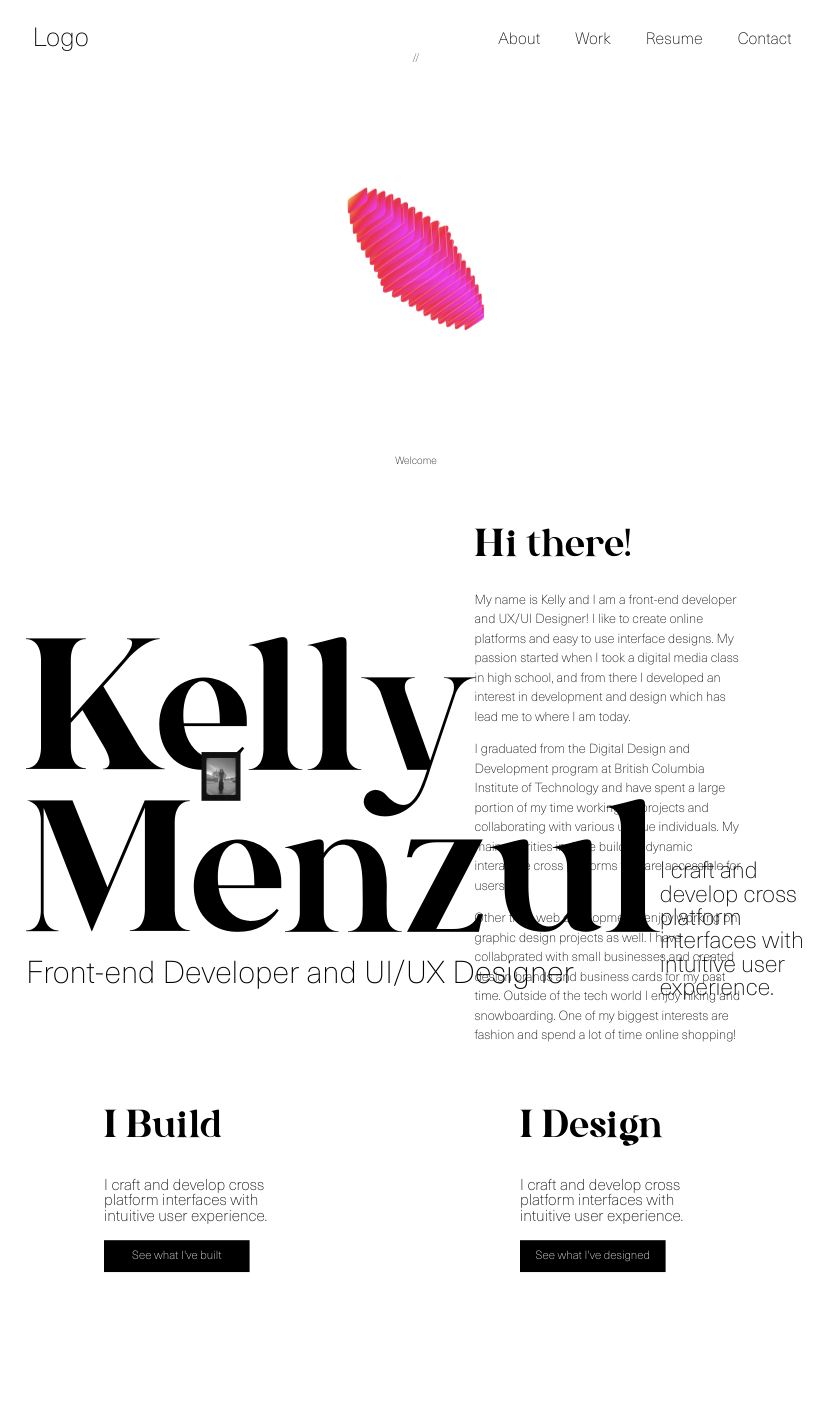
Repository: KellyMenzul/Kelly-Menzul
Page: /
The author's editor kept a copy of each file at every save. The page is drawn from the files as they stood at one save, then again after the next save.
The browser window is 1280 px wide. The pictures show the whole page, at 65% of full size.
The project was rebuilt for these pictures with package versions that can differ from the ones it lists, and the page was loaded fresh each time. The framework's server and built-in components were replaced by stand-ins that run in the browser. Also part of the build but not shown: next.config.js.

Above is the page before, as saved 2022-01-20 15:03:51.

### pages/_document.js
import Document from 'next/document';
import { ServerStyleSheet } from 'styled-components';

export default class MyDocument extends Document {
 static async getInitialProps(ctx) {
   const sheet = new ServerStyleSheet();
   const originalRenderPage = ctx.renderPage;

   try {
     ctx.renderPage = () =>
       originalRenderPage({
         enhanceApp: (App) => (props) =>
           sheet.collectStyles(<App {...props} />),
       });

     const initialProps = await Document.getInitialProps(ctx);
     return {
       ...initialProps,
       styles: (
         <>
           {initialProps.styles}
           {sheet.getStyleElement()}
         </>
       ),
     };
   } finally {
     sheet.seal();
   }
 }
}

### pages/index.js
import Image from 'next/image'
import styled from 'styled-components'
import MenuBar from '../comps/MenuBar'
import Name from '../comps/Name'
import Position from '../comps/Position'
import Intro from '../comps/Intro'
import Head from '../comps/Head'
import Work from '../comps/Work'
import { useState, useEffect } from "react";
import Load from '../comps/Load'


const Holder = styled.div`
display:flex;
flex-direction:column;
width:100%;
flex-wrap:wrap;
`
const MenuHolder = styled.div`
display:flex;
flex-direction:column;
width:100%;
position:fixed;
`
const LandingHolder = styled.div`
display:flex;
width:100%;
height:100vh;
padding:40px;
flex-wrap:wrap;
`
const LandingHolderLeft = styled.div`
display:flex;
width:100%;
flex:2;
flex-direction:column;
justify-content:flex-end;
`

const LandingHolderRight = styled.div`
display:flex;
flex:1;
align-items:flex-end;
justify-content:flex-end;
`

const NameHolder = styled.div``

const IntroHolder = styled.div`
display:flex;
`
// About

const AboutHolder = styled.div`
display:flex;
flex-direction:row;
width:100%;
height:100vh;
padding:40px;
flex-wrap:wrap;
`

const  AboutHolderLeft = styled.div`
flex:1;
display:flex;
flex-direction:column;
justify-content:center;
align-items:center;
`

const  AboutHolderRight = styled.div`
display:flex;
flex-direction:column;
align-items:center;
justify-content:center;
flex:1;
`
const AboutMeHolder = styled.div`
display:flex;
flex-direction:column;
width:70%;
`

// work

const WorkHolder = styled.div `
display:flex;
flex-direction:row;
width:100%;
height:100vh;
flex-wrap:wrap;
`
const  WorkHolderLeft = styled.div`
display:flex;
align-items:center;
justify-content:center;
flex:1;
`

const  WorkHolderRight = styled.div`
flex:1;
display:flex;
align-items:center;
justify-content:center;
`

const LoadHolder = styled.div`
display:flex;
flex-direction:column;
width:100%;
height:100vh;
justify-content:center;
align-items:center;
`
const TextHolder  =styled.div``

const HeroImage = styled.img`
width:10%;
`

export default function Home() {
  // const [setup1, setSetup1] =  useState(false)

  // if (setup1 === false) {
  //   setTimeout(() => {
  //     setSetup1(true)
  //   },5000)

  //   return <LoadHolder>
  //     <Load/>
  //     <TextHolder>Welcome</TextHolder>
  //   </LoadHolder>
  // }

  return (
    <Holder>
      <MenuHolder>
        <MenuBar />
      </MenuHolder>


      <LandingHolder id='landing'>
      <LoadHolder>
  //     <Load/>
       <TextHolder>Welcome</TextHolder>
      </LoadHolder>

        <LandingHolderLeft>
          <NameHolder>
            <Name/>
            <Position topmargin='-160px'/>
          </NameHolder>
        </LandingHolderLeft>

        <LandingHolderRight>
          <IntroHolder>
           <Intro/>
          </IntroHolder>
        </LandingHolderRight>
      </LandingHolder>

      <AboutHolder id='about'>
        <AboutHolderLeft>
          <HeroImage width="70%" src='/me.png'/>
        </AboutHolderLeft>
        <AboutHolderRight>
            <AboutMeHolder>
              <Head text='Hi there!'/>
              <Position fontsize='20px' text='My name is Kelly and I am a front-end developer and UX/UI Designer! I like to create online platforms and easy to use interface designs. My passion started when I took a digital media class in high school, and from there I developed an interest in development and design which has lead me to where I am today.'/>
              <Position fontsize='20px' text='I graduated from the Digital Design and Development program at British Columbia Institute of Technology and have spent a large portion of my time working on projects and collaborating with various unique individuals. My main priorities include building dynamic interactive cross platforms that are accessible for users.'/>
              <Position fontsize='20px' text='Other than web development I enjoy working on graphic design projects as well. I have collaborated with small businesses and created design brands and business cards for my past time. Outside of the tech world I enjoy hiking and snowboarding. One of my biggest interests are fashion and spend a lot of time online shopping!'/>
            </AboutMeHolder>
        </AboutHolderRight>
      </AboutHolder>

      <WorkHolder id='work'>
        <WorkHolderLeft>
          <Work routeTo='/development' buttontext="See what I've built" text='I craft and develop cross platform interfaces with intuitive user experience.' headerhere='I Build'/>
        </WorkHolderLeft>
        <WorkHolderRight>
          <Work routeTo='/design' buttontext="See what I've designed" text='I craft and develop cross platform interfaces with intuitive user experience.' headerhere='I Design'/>
        </WorkHolderRight>
      </WorkHolder>



    </Holder>
  )
}

### styles/globals.css
@font-face {
  font-family: "textbold";
  src: url(../public/fonts/NeueHaasUnica/NeueHaasUnica-Bold.ttf);
  font-display: swap;
}

@font-face {
  font-family: "textlight";
  src: url(../public/fonts/NeueHaasUnica/NeueHaasUnica-ExtraLight.ttf);
  font-display: swap;
}

@font-face {
  font-family: "heading";
  src: url(../public/fonts/GishellaMorely/Gishella\ Morely.ttf);
  font-display: swap;
}

html,
body {
  padding: 0;
  margin: 0;
  font-family: "textlight";
  scroll-behavior: smooth;
}


a {
  color: inherit;
  text-decoration: none;
}

* {
  box-sizing: border-box;
}

### comps/MenuBar/index.js
import styled from "styled-components";
import React from "react";
import Link from "next/link";

const Holder = styled.div `
display:flex;
align-items:center;
justify-content:center;
width:100%;
background: rgb(255,255,255);
background: linear-gradient(180deg, rgba(255,255,255,1) 0%, rgba(148,187,233,0) 100%);
`
const LogoHolder = styled.div `
margin-left:50px;
`

const Left = styled.div`
flex:1;
`

const Right = styled.div`
flex:1;
display:flex;
justify-content:flex-end;
`

const MenuButtonHolder = styled.div`
display:flex;
flex-firection:row;
width:100%;
justify-content:flex-end;
gap:30px;
margin-right:50px;
`

const MenuButton = styled.button`
border-style:none;
background-color:${props=>props.bgcolor};
font-family:"textlight";
font-size:25px;
color:black;
padding:12px;

&:hover {
    text-decoration:underline;
}
`

const Logo = styled.p`
font-size:40px;
`


const MenuBar = ({
    onButtonPress=()=>{},
    bgcolor="transparent",
}) => {

    return <Holder>
        <Left>
            <Link href="#landing">
            <LogoHolder>
                <Logo>Logo</Logo>
            </LogoHolder>
            </Link>
        </Left>
        <Right>
            <MenuButtonHolder>
                <Link href="#about">
                    <MenuButton bgcolor={bgcolor} onClick={()=>{onButtonPress()}}>About</MenuButton>
                </Link>

                <Link href="#work">
                <MenuButton bgcolor={bgcolor}>Work</MenuButton>
                </Link>

                <MenuButton bgcolor={bgcolor}>Resume</MenuButton>

                <Link href="mailto:kmnzul@gmail.com">
                <MenuButton bgcolor={bgcolor}>Contact</MenuButton>
                </Link>

            </MenuButtonHolder>
        </Right>
    </Holder>
}

export default MenuBar;

### comps/Name/index.js
import styled from "styled-components";
import React from "react";
import { style } from "@mui/system";

const TextHolder = styled.div `
dispay:flex;
flex-wrap:wrap;
width:100%;

`

const Text = styled.h1`
font-family:"heading";
font-size:288px;
font-weight:400;
line-height:250px;
`

const Name = ({}) => {
    return <TextHolder>
        <Text>Kelly Menzul</Text>
        </TextHolder>

}

export default Name;

### comps/Position/index.js
import styled from "styled-components";
import React from "react";

const TextHolder = styled.div`
dispay:flex;
flex-wrap:wrap;
width:100%;
`

const Text = styled.p`
font-family:"textlight";
font-size:${props=>props.fontsize};
font-weight:400;
margin-top:${props=>props.topmargin};
line-height:30px;
`
// margin-top:-160px;
const Position = ({
    text = "Front-end Developer and UI/UX Designer",
    fontsize = "48px",
    topmargin = "0px"
}) => {
    return <TextHolder>
    <Text topmargin={topmargin} fontsize={fontsize}>{text}</Text>
    </TextHolder>
}

export default Position;

### comps/Intro/index.js
import styled from "styled-components";
import React from "react";

const TextHolder = styled.div `
dispay:flex;
flex-wrap:wrap;
width:100%;

`

const Text = styled.h1`
font-family:"textlight";
font-weight:400;
font-size:36px;
`

const Intro = ({}) => {
    return <TextHolder>
        <Text>I craft and develop cross platform interfaces with intuitive user experience.</Text>
        </TextHolder>

}

export default Intro;

### comps/Head/index.js
import styled from "styled-components";
import React from "react";

const TextHolder = styled.div `
dispay:flex;
flex-wrap:wrap;
width:100%;

`

const Text = styled.h1`
font-family:"heading";
font-size:${props=>props.headsize};
font-weight:400;
`

const Head = ({
    headsize="60px",
    text="Heading"
}) => {
    return <TextHolder>
        <Text headsize={headsize}>{text}</Text>
        </TextHolder>

}

export default Head;

### comps/Work/index.js
import styled from "styled-components";
import React from "react";
import Head from "../Head";
import Position from "../Position";
import router, {useRouter} from 'next/router';

const Holder = styled.div `
display:flex;
flex-direction:column;
width:50%;
`

const Header = styled.h2 `
font-family:"heading";
font-size:${props=>props.headsize};
font-weight:400;
`

const Text = styled.p `
font-family:"textlight";
font-size:${props=>props.fontsize};
font-weight:400;
margin-top:${props=>props.topmargin};
`

const Button = styled.button `
border-style:none;
font-family:"textlight";
color:white;
background-color:black;
font-size:18px;
padding:15px;
width:70%;
transition:1s;

&: hover {
    background-color:#FF312E;
}


`

// margin-top:-160px;
const Work = ({
    headsize="60px",
    text = "text",
    fontsize = "24px",
    topmargin = "0px",
    headerhere='header',
    buttontext =  "buttontext",
    routeTo = '/.'

}) => {
    return <Holder>
        <Header headsize={headsize}>{headerhere}</Header>
        <Text topmargin={topmargin} fontsize={fontsize}>{text}</Text>
        <Button onClick={()=>router.push(routeTo)}>{buttontext}</Button>

    </Holder>
}

export default Work;

### comps/Load/index.js
import styled from 'styled-components';
import React, {useEffect, useRef, useState} from 'react';
import lottie from 'lottie-web';


const Container = styled.div`
    max-width:50%;
`

// const Buttons = styled.button``
var anim = null;


const Load = ({}) => {
    const container = useRef(null)

    useEffect(() => {
        anim = lottie.loadAnimation({
            container: container.current,
            renderer: 'svg',
            loop: true,
            autoplay:true,
            animationData: require('../../public/load.json')

        })
        lottie.setSpeed(0.3);
        setTimeout(() => {
            anim.pause()
        }, 61000);
    }, [])

    return <Container>
        <div className="container" ref={container}></div>
    </Container>
}

export default Load;

Loaded but not shown: pages/_app.js (common file); public/load.json (1 lines, source omitted)

After the next save:
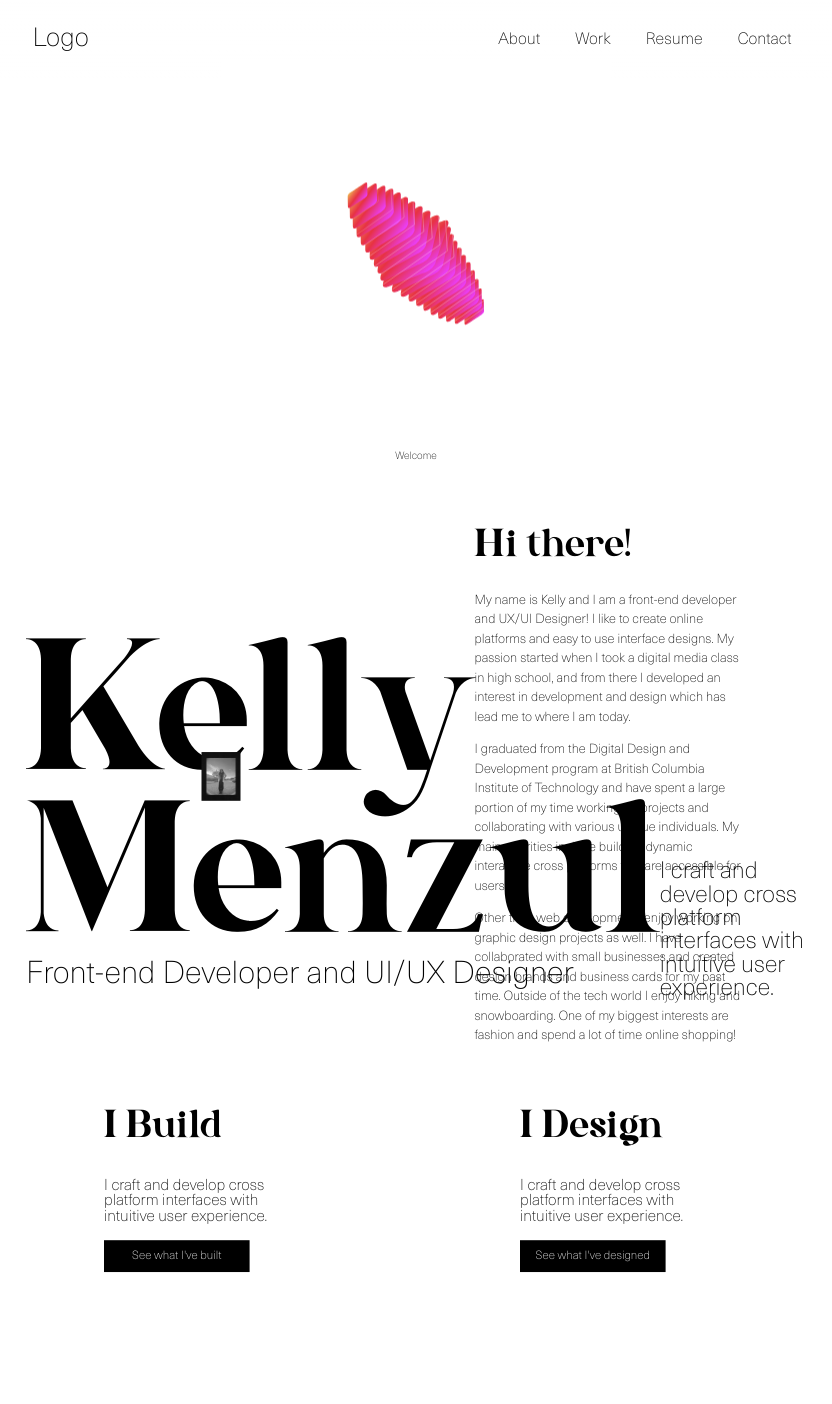
Saved 4 s later.
--- a/pages/index.js
+++ b/pages/index.js
@@ -141,7 +141,7 @@ export default function Home() {
 
       <LandingHolder id='landing'>
       <LoadHolder>
-  //     <Load/>
+       <Load/>
        <TextHolder>Welcome</TextHolder>
       </LoadHolder>
 
